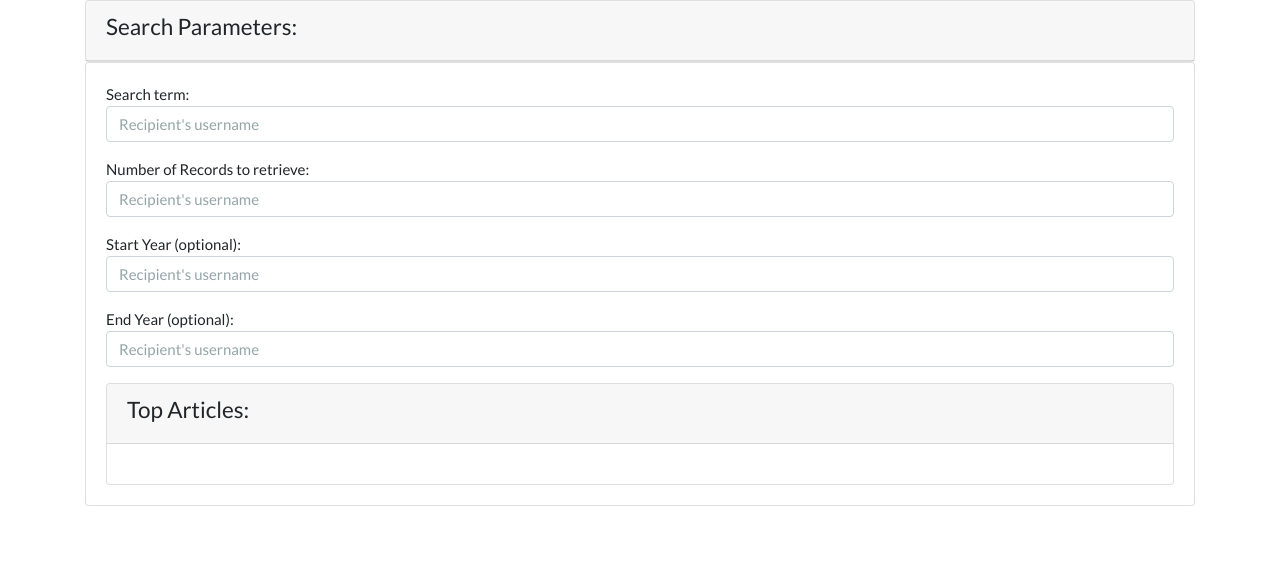
Repository: broganneagle/NYTSearch
Page: index.html
An editor plug-in stored every save of this project. The page is shown before and after the next save, followed by the edit.
The browser window is 1280 px wide. The pictures show the whole page.
Some web libraries are served in a nearby version.

Above is the page before, as saved 2020-06-26 13:53:48.

After the next save:
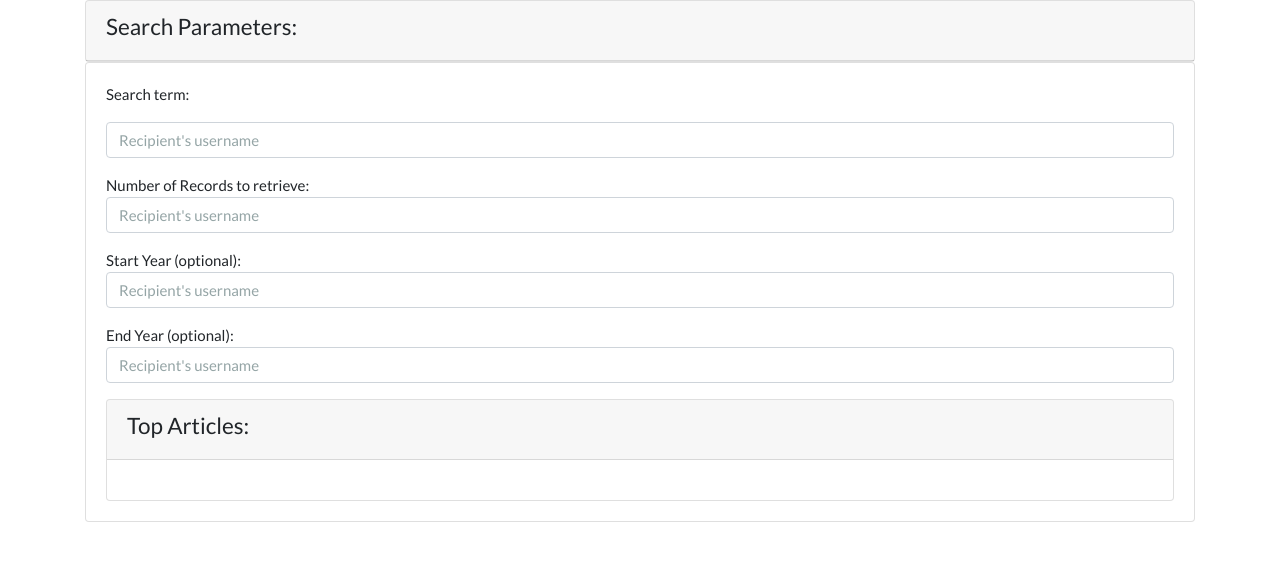
Saved 31 s later.
--- a/index.html
+++ b/index.html
@@ -19,7 +19,7 @@
         </div>
         <div class="card">
             <div class="card-body">
-                Search term:
+               <p> Search term:</p>
                 <div class="input-group mb-3">
                     <input type="text" class="form-control" placeholder="Recipient's username"
                         aria-label="Recipient's username" aria-describedby="button-addon2">
